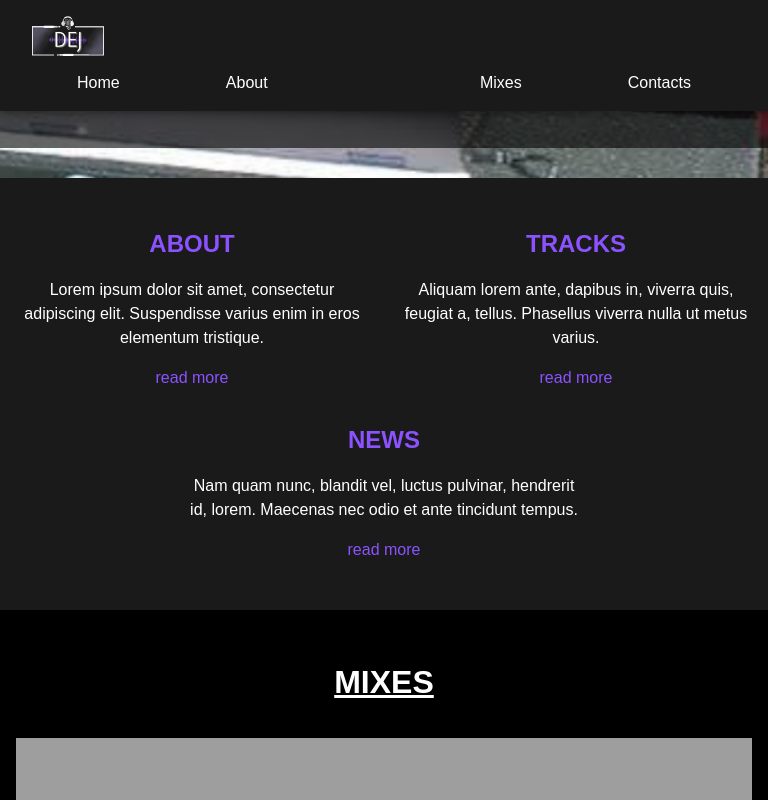
Repository: ErvinClay13/Dj-Dej-Website
Page: /
An editor plug-in stored every save of this project. The page is shown before and after a run of saves, followed by the edit.
The browser window is 768 px wide. The pictures show the whole page.
Pictures or frames that could not be fetched are drawn as grey boxes. An inner scrolling area shows only its first screen. The project was rebuilt for these pictures with package versions that can differ from the ones it lists, and the page was loaded fresh each time. Also part of the build but not shown: vite.config.js.

Above is the page before, as saved 2025-05-09 21:51:15.

### src/App.jsx
// DJ Portfolio - React + Plain CSS Full Layout (Hero + Sections)

import React from "react";
import ReactDOM from "react-dom/client";
import "./App.css";

const App = () => {
  return (
    <div className="main-container">
      {/* Top Navigation */}
      <nav className="navbar">
        <div className="logo">
          <img src="/logo.png" alt="DJ DEJ Logo" className="logo-img" />
        </div>
        <ul className="nav-links">
          <li>
            <a href="#">Home</a>
          </li>
          <li>
            <a href="#">About</a>
          </li>
          <li>
            <a href="#"></a>
          </li>
          <li>
            <a href="#">Mixes</a>
          </li>
          <li>
            <a href="#">Contacts</a>
          </li>
        </ul>
      </nav>

      {/* Hero Section */}
      <header className="hero">
        <div className="hero-overlay">
          {/* <h1 className="dj-name">DJ DEJ</h1> */}
          <div className="logo">
            <img src="/logo.png" alt="DJ DEJ Logo" className="logo-img2" />
          </div>
          <div className="hero-buttons">
            <button className="btn light">BOOK ME</button>
          </div>
        </div>
      </header>

      {/* Sections */}
      <section className="info-section">
        <div className="info-block">
          <h2>ABOUT</h2>
          <p>
            Lorem ipsum dolor sit amet, consectetur adipiscing elit. Suspendisse
            varius enim in eros elementum tristique.
          </p>
          <a href="#">read more</a>
        </div>
        <div className="info-block">
          <h2>TRACKS</h2>
          <p>
            Aliquam lorem ante, dapibus in, viverra quis, feugiat a, tellus.
            Phasellus viverra nulla ut metus varius.
          </p>
          <a href="#">read more</a>
        </div>
        <div className="info-block">
          <h2>NEWS</h2>
          <p>
            Nam quam nunc, blandit vel, luctus pulvinar, hendrerit id, lorem.
            Maecenas nec odio et ante tincidunt tempus.
          </p>
          <a href="#">read more</a>
        </div>
      </section>

      <section className="mixes-section">
        <h2 className="mixes-title">Mixes</h2>

        <div className="mixcloud-embed">
          <iframe
            width="100%"
            height="120"
            style={{ border: "none" }}
            allow="autoplay"
            title="Mix 1"
            src="https://www.mixcloud.com/widget/iframe/?feed=%2FApeCode%2Fdj-dej-mix-1%2F&hide_cover=0&light=0"
          ></iframe>
        </div>

        <div className="mixcloud-embed">
          <iframe
            width="100%"
            height="120"
            style={{ border: "none" }}
            allow="autoplay"
            title="Mix 1"
            src="https://www.mixcloud.com/widget/iframe/?feed=%2FApeCode%2Fhouse_juke%2F&hide_cover=0&light=0"
          ></iframe>
        </div>

        <div className="mixcloud-embed">
          <iframe
            width="100%"
            height="120"
            style={{ border: "none" }}
            allow="autoplay"
            title="Mix 1"
            src="https://www.mixcloud.com/widget/iframe/?feed=%2FApeCode%2Fthrowbacks%2F&hide_cover=0&light=0"
          ></iframe>
        </div>
      </section>
    </div>
  );
};

export default App;

// import React from "react";
// import ReactDOM from "react-dom/client";
// import "./App.css";

// const App = () => {
//   return (
//     <div className="main-container">
//       {/* Top Navigation */}
//       <nav className="navbar">
//         <div className="logo">Dj DEJ</div>
//         <ul className="nav-links">
//           <li><a href="#">Home</a></li>
//           <li><a href="#">About</a></li>
//           <li><a href="#">Blog</a></li>
//           <li><a href="#">Releases</a></li>
//           <li><a href="#">Contacts</a></li>
//         </ul>
//       </nav>

//       {/* Hero Section */}
//       <header className="hero">
//         <div className="hero-overlay">
//           <h1 className="dj-name">DJ DEJ</h1>
//           <p className="tagline">THE BEST PARTY THIS YEAR</p>
//           <p className="date">12 JUNE, 2025</p>
//           <div className="hero-buttons">
//             <button className="btn dark">READ MORE</button>
//             <button className="btn light">JOIN US!</button>
//           </div>
//         </div>
//       </header>

//       {/* Sections */}
//       <section className="info-section">
//         <div className="info-block">
//           <h2>ABOUT</h2>
//           <p>Lorem ipsum dolor sit amet, consectetur adipiscing elit. Suspendisse varius enim in eros elementum tristique.</p>
//           <a href="#">read more</a>
//         </div>
//         <div className="info-block">
//           <h2>TRACKS</h2>
//           <p>Aliquam lorem ante, dapibus in, viverra quis, feugiat a, tellus. Phasellus viverra nulla ut metus varius.</p>
//           <a href="#">read more</a>
//         </div>
//         <div className="info-block">
//           <h2>NEWS</h2>
//           <p>Nam quam nunc, blandit vel, luctus pulvinar, hendrerit id, lorem. Maecenas nec odio et ante tincidunt tempus.</p>
//           <a href="#">read more</a>
//         </div>
//       </section>
//     </div>
//   );
// };

// export default App;

### src/App.css
/* Reset & global styles */
* {
  margin: 0;
  padding: 0;
  box-sizing: border-box;
}

html, body {
  width: 100%;
  height: 100%;
  font-family: 'Arial', sans-serif;
  background-color: #111;
  color: #fff;
  overflow-x: hidden;
}

/* Container */
.main-container {
  width: 100%;
}

/* Navbar - Fixed Top */
.navbar {
  position: fixed;
  top: 0;
  left: 0;
  width: 100%;
  z-index: 1000;
  background-color: #1a1a1a;
  display: flex;
  justify-content: space-between;
  align-items: center;
  padding: 1rem 2rem;
  box-shadow: 0 2px 8px rgba(0, 0, 0, 0.4);
  flex-wrap: wrap;
}

.logo-img {
  height: 40px;
  object-fit: contain;
}

.logo-img2 {
  margin-top: 50px;
  margin-bottom: 20px;
  height: 250px;
  object-fit: contain;

}

.nav-links {
  display: flex;
  flex-wrap: wrap;
  gap: 1rem;
  list-style: none;
}

.nav-links li a {
  color: white;
  text-decoration: none;
  font-weight: 500;
}

.nav-links li a:hover {
  color: #8c52ff;
}

/* Hero Section */
.hero {
  width: 100vw;
  height: 100vh;
  padding-top: 80px; /* Avoid overlap with fixed navbar */
  background: url('/hero.jpg') center/cover no-repeat;
  display: flex;
  align-items: center;
  justify-content: center;
  position: relative;
}

.hero-overlay {
  background: rgba(0, 0, 0, 0.6);
  width: 100%;
  height: 500px;
  padding: 2rem;
  text-align: center;
}

.dj-name {
  font-size: 3rem;
  color: #8c52ff;

}

.tagline {
  font-size: 1.5rem;
  margin: 0.5rem 0;
}

.date {
  font-size: 1rem;
  color: #ccc;
  margin-bottom: 1rem;
}

.hero-buttons {
  display: flex;
  flex-wrap: wrap;
  gap: 1rem;
  justify-content: center;
}

.btn {
  padding: 0.75rem 1.5rem;
  border: none;
  cursor: pointer;
  font-weight: bold;
  font-size: 1rem;
}

.btn.dark {
  background-color: #222;
  color: white;
}

.btn.light {
  /* background-color: #8c52ff; */
  background-color: white;
  color: #8c52ff;
}

.btn.light:hover {
  /* background-color: black; */
  background-color: #8c52ff;
  color: white;
}

/* Info Sections */
.info-section {
  display: flex;
  flex-wrap: wrap;
  justify-content: center;
  padding: 3rem 1rem;
  background-color: #1a1a1a;
  gap: 2rem;
}

.info-block {
  flex: 1 1 300px;
  max-width: 400px;
  text-align: center;
}

.info-block h2 {
  color: #8c52ff;
  margin-bottom: 1rem;
}

.info-block a {
  color: #8c52ff;
  text-decoration: none;
  display: block;
  margin-top: 1rem;
}

.info-block a:hover {
  text-decoration: underline;
}

/* Responsive Tweaks */
@media (max-width: 768px) {
  .dj-name {
    font-size: 2.2rem;
  }

  .tagline {
    font-size: 1.2rem;
  }

  .hero {
    height: 80vh;
  }

  .navbar {
    flex-direction: column;
    align-items: flex-start;
  }

  .nav-links {
    width: 100%;
    justify-content: space-around;
    padding-top: 0.5rem;
  }

  .mixes-section {
    background-color: #000;
    padding: 3rem 1rem;
    text-align: center;
  }

  .mixes-title {
    color: #fff;
    font-size: 2rem;
    margin-bottom: 2rem;
    text-transform: uppercase;
    text-decoration: underline;
    di
  }

  .mixcloud-embed {
    max-width: 800px;
    margin: 2rem auto;
  }

}

Loaded but not shown: index.html (common file); src/main.jsx (common file); src/index.css (common file)

After the next 6 saves:
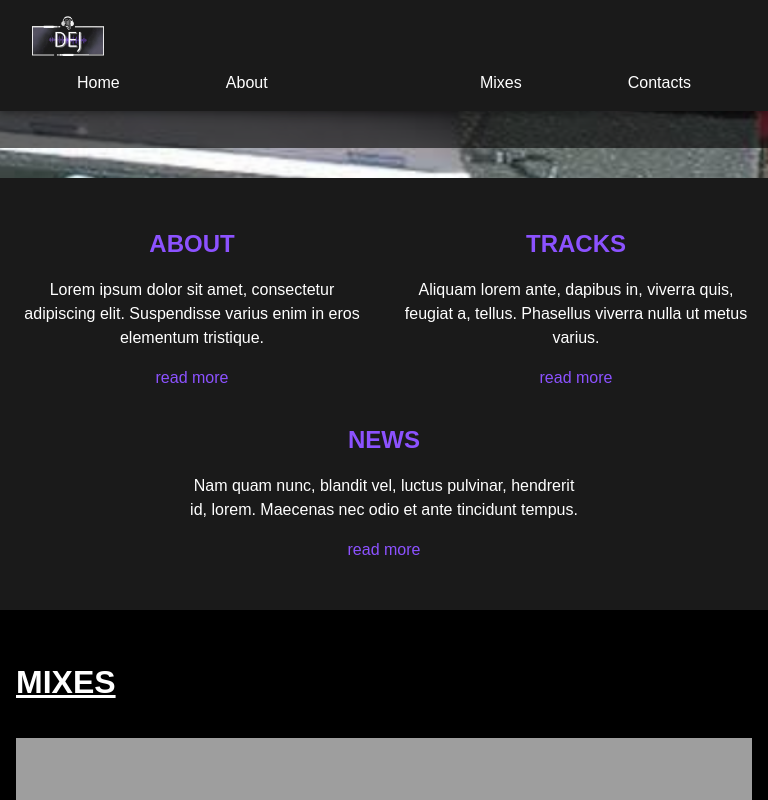
The 6 saves are shown as one change because they came seconds apart.
The last was saved 15 s later.
--- a/src/App.css
+++ b/src/App.css
@@ -203,7 +203,8 @@
     margin-bottom: 2rem;
     text-transform: uppercase;
     text-decoration: underline;
-    di
+    display: flex;
+    align-items: center;
   }
 
   .mixcloud-embed {
